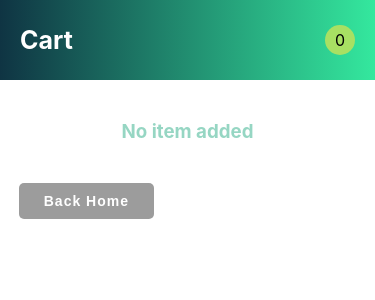
Repository: Yowani24/ecocarbon
Page: /cart
An editor plug-in stored every save of this project. The page is shown before and after the next save, followed by the edit.
The browser window is 375 px wide. The pictures show the whole page.
The project was rebuilt for these pictures with package versions that can differ from the ones it lists, and the page was loaded fresh each time. The framework's server and built-in components were replaced by stand-ins that run in the browser. Also part of the build but not shown: next.config.js.

Above is the page before, as saved 2021-09-28 03:58:42.

### pages/_app.js
import '../styles/globals.css'
import { CreditProvider } from './product/CreditList'

function MyApp({ Component, pageProps }) {
  return (
    <CreditProvider>
      <Component {...pageProps} />
    </CreditProvider>
  )
}

export default MyApp

### pages/cart/index.js
import React from 'react';
import Head from 'next/head'

import styles from './Cart.module.css'
import Link from 'next/link'

import { CreditList } from '../product/CreditList'
import { useContext } from 'react'

export default function Cart(props) {
    const {cartContent, onAdd, onRemove} = useContext(CreditList);
    const [cartItems, setCartItems] = cartContent;
    const itemPrice = cartItems.reduce((a, c) => a + c.price *c.quantity , 0);
    const total = itemPrice;
    return (
        <>
          <Head>
              <title>Cart</title>
          </Head>
          <header>
              <div className={styles.interface}>
                    <div className={styles.header_content}>
                        <h1>Cart</h1>
                        <p>{cartItems.length}</p>
                    </div>
              </div>
          </header>

          <section className={styles.cart_content}>
              <div className={styles.interface}>
                  <div className={styles.boxes}>
                      <h3 className={styles.noItemInCart}>{cartItems.length === 0 && <p>No item added</p>}</h3>
                      {cartItems.map(item => (
                          <div className={styles.content_box} key={item.id}>
                          <div className={styles.box}>
                              <h3>{item.product}</h3>
                          </div>

                          <div className={styles.product_details}>
                            <div className={styles.description}>
                                <p>{item.product} - {item.id}</p>
                                <p>{item.description}</p>
                            </div>

                            <div className={styles.details_wrapper}>
                                <div className={styles.quantity_controls}>
                                    <button onClick={() => onRemove(item)}>-</button>
                                    <button onClick={() => onAdd(item)}>+</button>
                                </div>

                                <div className={styles.current_money}>
                                    <p>{item.quantity}</p>
                                    <span>x</span>
                                    <p>$ {item.price}</p>
                                </div>
                            </div>
                          </div>
                      </div>
                      ))}
                  </div>

                  {cartItems.length > 0 &&
                    <div className={styles.total_to_pay_box}>
                        <span>
                            <p>Sub Total</p>
                            <p>$ {itemPrice}</p>
                        </span>
                        <span>
                            <p>Total</p>
                            <p>$ {total}</p>
                        </span>
                    </div>
                  }

                  <div className={styles.button_box}>
                      <Link href="/" passHref><button>Back Home</button></Link>
                      {cartItems.length > 0 && <Link href="/payment" passHref><button>Continue</button></Link>}

                  </div>
              </div>
          </section>
        </>
    )
}

### styles/globals.css
html,
body {
  padding: 0;
  margin: 0;
  font-family: -apple-system, BlinkMacSystemFont, Segoe UI, Roboto, Oxygen,
    Ubuntu, Cantarell, Fira Sans, Droid Sans, Helvetica Neue, sans-serif;
}

a {
  color: inherit;
  text-decoration: none;
}

* {
  margin: 0;
  box-sizing: border-box;
}

### pages/product/CreditList.js
import React, { useState, createContext } from 'react';

export const CreditList = createContext();

export const CreditProvider = (props) => {
    const [credit, setCredit] = useState([
        {
            id: '1',
            product: 'Carbon Credit',
            price: 120,
            description: 'More details goes here like description'
        },
        {
            id: '2',
            product: 'Carbon Credit',
            price: 120,
            description: 'More details about the product'
        },
        {
            id: '3',
            product: 'Carbon Credit',
            price: 120,
            description: 'More details for the items'
        },
        {
            id: '4',
            product: 'Carbon Credit',
            price: 120,
            description: 'More details to provide about carb cred',
        }

    ]);

    const [cartItems, setCartItems] = useState([]);

    const onAdd = (credit) => {
        const exist = cartItems.find((x) => x.id === credit.id);
        if(exist) {
            setCartItems(cartItems.map((x) => x.id === credit.id ? {...exist, quantity: exist.quantity + 1} : x));
        }else{
            setCartItems([...cartItems, {...credit, quantity: 1}])
        }
    }

    const onRemove = (credit) => {
        const exist = cartItems.find((x) => x.id === credit.id);
        if(exist.quantity === 1) {
            setCartItems(cartItems.filter((x) => x.id !== credit.id));
        }else{
            setCartItems(cartItems.map((x) => x.id === credit.id ? {...exist, quantity: exist.quantity - 1} : x));
        }
    }

    return (
        <CreditList.Provider value={{credits:[credit, setCredit], cartContent:[cartItems, setCartItems], onAdd: onAdd, onRemove:onRemove }}>
            {props.children}
        </CreditList.Provider>
    );
}

### pages/cart/Cart.module.css
.interface{
    width: 80%;
    margin: 0 auto;
}

@media (max-width: 780px){
    .interface{
        width: 100%;
    }
}

/* =================HEADER================ */

.header_content{
    display: flex;
    justify-content: space-between;
    align-items: center;
    height: 100px;
    padding: 0 20px;

    background: #34e89e;
    background: -webkit-linear-gradient(to right, #0f3443, #34e89e);
    background: linear-gradient(to right, #0f3443, #34e89e);
}
.header_content h1{
    color: #FFFFFF;
    font-size: 25px;
}
.header_content p{
    display: flex;
    justify-content: center;
    align-items:center;
    width: 30px;
    height: 30px;
    border-radius: 100%;
    background: #a8e063;
}

@media (max-width:415px){
    .header_content{
        height: 80px;
    }
}

/* ============================== */

.boxes{
    margin-top: 40px;
}
.noItemInCart{
    text-align: center;
    color: #96d6c3;
}
.content_box{
    width: 100%;
    height: 120px;
    background:rgb(233, 237, 238);
    border-radius: 10px;

    display: flex;
    align-items:center;
    margin: 15px 0;
}
.box{
    width: 120px;
    height: 100%;
    border-radius: 10px;

    background: #00467F;
    background: -webkit-linear-gradient(to right, #56ab2f , #a8e063);
    background: linear-gradient(to right, #56ab2f , #a8e063);


    display: flex;
    justify-content: center;
    align-items: center;
}
.box h3{
    font-size: 25px;
    width: 100px;
    color: azure;
}
.product_details{
    display: flex;
    justify-content: space-between;
    align-items: center;
    width: 80%;
    margin: 0 auto;
    color: hsl(0, 2%, 26%);
}
.description p:nth-child(2){
    margin-top: 5px;
    font-size: 14px;
}
.details_wrapper{
    width: 60%;

    display: flex;
    align-items: center;
    justify-content: space-between;
}
.quantity_controls button{
    border: none;
    padding: 5px 20px;
    margin: 0 5px;
    border-radius: 5px;
    font-size: 16px;
    background: rgb(204, 200, 200);
    cursor: pointer;
}
.quantity_controls button:active{
    background: rgb(148, 146, 146);
}
.current_money{
    display: flex;
    font-size: 16px;
    font-weight: bold;
}
.current_money span{
    padding: 0 20px;
}

@media (max-width: 780px){
    .content_box{
        height: 120px;
        width: 90%;
        margin: 15px auto;
    }
    .details_wrapper{
        width: 50%;
        margin: 0 auto;
        margin-top: 10px;
    }
}
@media (max-width: 415px){
    .content_box{
        height: 80px;
    }
    .box{
        width: 80px;
    }
    .box h3{
        font-size: 16px;
        width: 60px;
        color: azure;
    }

    .product_details{
        justify-content: center;
        flex-direction: column;
        width: 60%;
    }
    .description{
        width: 100%;
    }
    .description p:first-child{
        font-size: 14px;
    }
    .description p:nth-child(2){
        margin-top: 2px;
        font-size: 9px;
    }
    .details_wrapper{
        width: 100%;
        margin-top: 10px;
    }
    .quantity_controls button{
        padding: 5px 10px;
    }
    .current_money span{
        padding: 0 5px;
    }
}


/* ==================================== */

.total_to_pay_box{
    width: 100%;
    height: 100px;
    background:rgb(233, 237, 238);
    border-radius: 10px;

    display: flex;
    flex-direction: column;
    justify-content: center;
    margin-top: 50px;
    padding: 0 40px;
}

.total_to_pay_box span{
    display: flex;
    justify-content: space-between;
    margin: 10px 0;
}
.total_to_pay_box span:nth-child(2){
    font-weight: bold;
    font-size: 20px;
}

@media (max-width: 780px){
    .total_to_pay_box{
        height: 100px;
        width: 90%;
        margin: 0 auto;
        margin-top: 50px;
    }
}

@media (max-width: 460px){
    .total_to_pay_box{
        height: 80px;
    }
    .total_to_pay_box span{
        margin: 5px 0;
    }
    .total_to_pay_box span:first-child{
        font-size: 14px;
    }
    .total_to_pay_box span:nth-child(2){
        font-size: 16px;
    }
}



/* ===================================== */


.button_box{
    display: flex;
    justify-content: space-between;
    margin-top: 100px;
    margin-bottom: 50px;
}
.button_box button:first-child{
    background: rgb(156, 156, 156);
}
.button_box button:first-child:hover{
    background: rgb(122, 120, 120);
}
.button_box button:first-child:active{
    background: rgb(187, 184, 184);
}
.button_box button{
    border: none;
    background: green;
    padding: 10px 40px;
    font-size: 16px;
    color: #FFFFFF;
    letter-spacing: 1px;
    border-radius: 5px;
    cursor: pointer;
    transition: .1s;
    font-weight: bold;
}
.button_box button:nth-child(2):hover{
    background: rgb(1, 92, 1);
}
.button_box button:nth-child(2):active{
    background: rgb(13, 131, 13);
}

@media (max-width: 780px){
    .button_box{
        width: 90%;
        margin: 0 auto;
        margin-top: 40px;
        margin-bottom: 50px;
    }
    .button_box button{
        padding: 16px 50px;
        font-size: 16px;
    }
}

@media (max-width: 460px){
    .button_box button{
        padding: 10px 25px;
        font-size: 14px;
    }
}

After the next save:
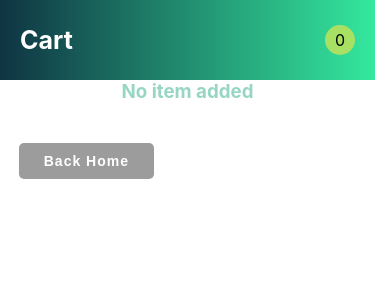
Saved 46 s later.
--- a/pages/cart/Cart.module.css
+++ b/pages/cart/Cart.module.css
@@ -133,6 +133,12 @@
     }
 }
 @media (max-width: 415px){
+    .cart_content{
+
+    }
+    .boxes{
+        margin-top: 0px;
+    }
     .content_box{
         height: 80px;
     }
